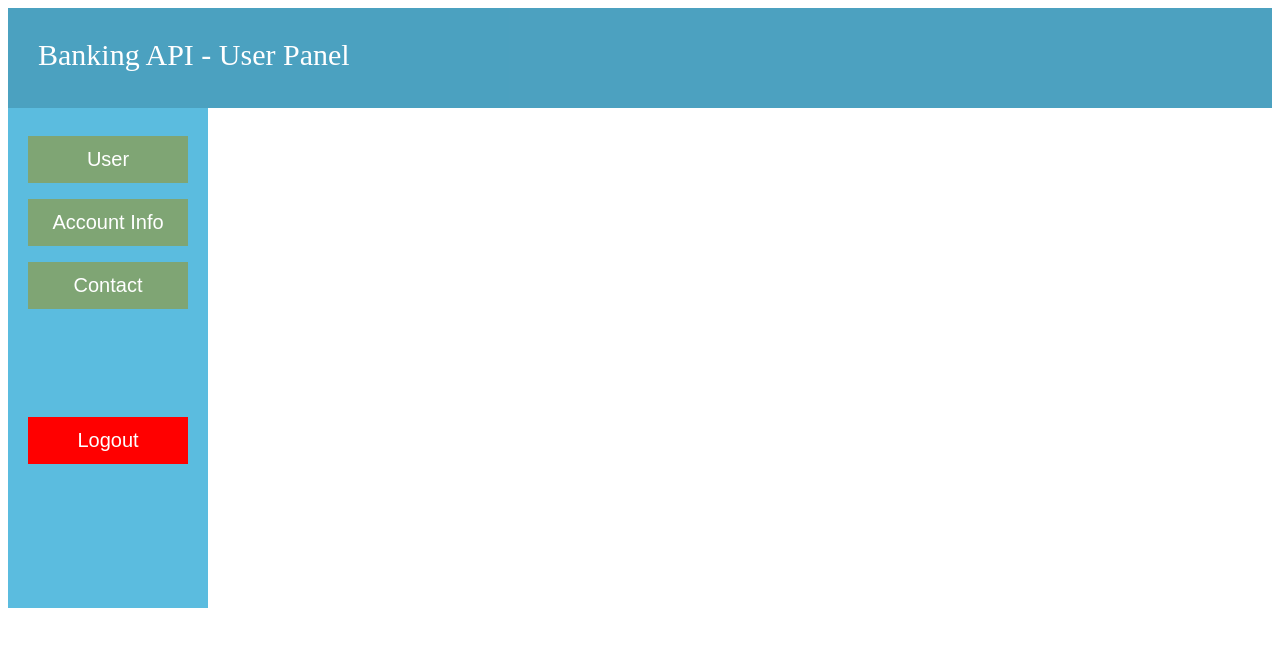
Repository: kennyufish/Revature_ROCP1_Project_Banking_API
Page: banking_api/src/main/webapp/userInfo.html
The author's editor kept a copy of each file at every save. The page is drawn from the files as they stood at one save, then again after the next save.
The browser window is 1280 px wide. The pictures show the whole page.

Above is the page before, as saved 2020-10-10 17:47:32.

### banking_api/src/main/webapp/userInfo.html
<!DOCTYPE html>
<html>
<head>
<meta charset="ISO-8859-1">
<meta name="viewport" content="width=device-wirdth, initial-scale=1">
<style>
* {
	box-sizing: border-box;
	font-size: 20px;
}

header {
	background-color: #007AA6;
	opacity: 0.7;
	color: white;
	padding: 30px;
	font-size: 30px;
	height: 100px;
	width: 100%;
}

nav {
	float: left;
	width: 200px;
	background-color: #5BBCDF;
	padding: 20px;
	height: 500px;
}

article {
	witdth: 100%;
	height: 500px;
	background-color: powderblue;
	padding: 20px;
	margin-left: 200px;
	overflow:auto;
}

table, th, td {
	border: 1px solid black;
	table-layout:auto;
}

.userModifyInput{
	width:100%;
}
.UserLayout {
	font-size: 20px;
	background-color: powderblue;
	border: 2px solid black;
	padding: 20px;
	width: 100%;
	height: 550px;
	margin: 0 auto;
}

button {
	background-color: #7FA574;
	color: white;
	padding: 12px 15px;
	margin: 8px 0;
	border: none;
	cursor: pointer;
	width: 100%;
}

button:hover {
	opacity: 0.5
}

.logoutButton {
	background-color: red;
	color: white;
	padding: 12px 15px;
	margin: 8px 0;
	border: none;
	cursor: pointer;
	width: 100%;
	margin-top: 100px;
}
</style>
<title>User Panel</title>
</head>
<body>
	<header>Banking API - User Panel</header>
	<section>
		<nav>

			<form action="userInfo">
				<button type="submit">User</button>
			</form>

			<form action="displayAccount">
				<button type="submit">Account Info</button>
			</form>

			<form action="#">
				<button type="submit">Contact</button>
			</form>

			<form action="loginUser">
				<button class="logoutButton" type="submit">Logout</button>
			</form>
		</nav>
	</section>
</body>
</html>

After the next save:
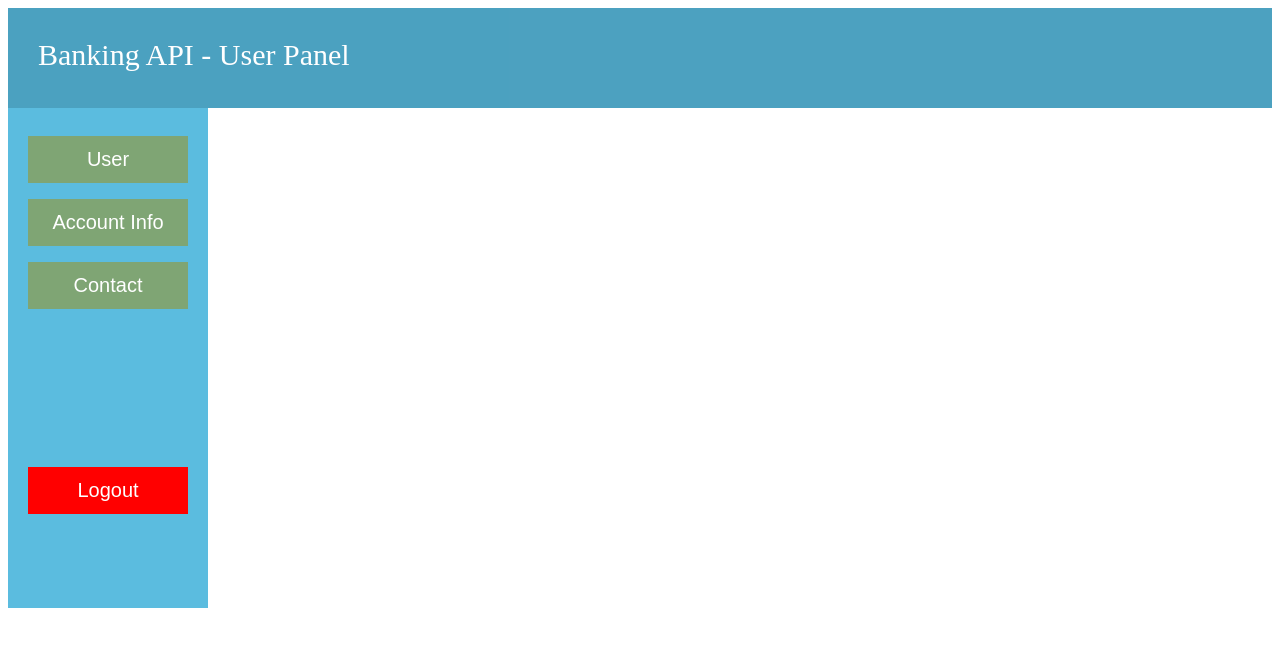
Saved 4 h 31 min later.
--- a/banking_api/src/main/webapp/userInfo.html
+++ b/banking_api/src/main/webapp/userInfo.html
@@ -76,7 +76,7 @@ button:hover {
 	border: none;
 	cursor: pointer;
 	width: 100%;
-	margin-top: 100px;
+	margin-top: 150px;
 }
 </style>
 <title>User Panel</title>
